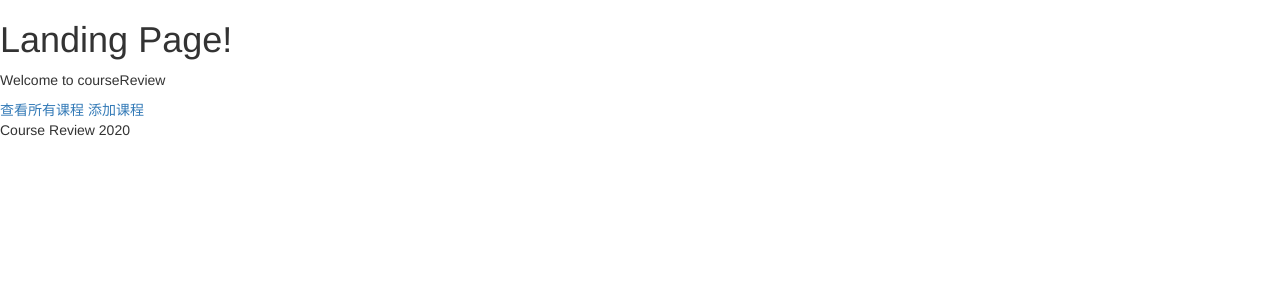
Repository: codewangg/CourseReview
Page: http://localhost/
These files come from the project's save history. The page is drawn as it stood at one moment and after the next save; the edit follows.
The browser window is 1280 px wide. The pictures show the whole page.
The page is served by the project's Node server (app.js).

Above is the page before, as saved 2020-08-15 18:16:07.

### views/landing.ejs
<%- include('partials/header')%>
<h1> Landing Page!</h1>
<p> Welcome to courseReview</p>

<a href="/courses">查看所有课程</a>
<a href="/courses/new">添加课程</a>

<%- include('partials/footer')%>

### views/partials/header.ejs
<!DOCTYPE html>
<html>
    <head>
        <title>CourseReview</title>
        <link rel="stylesheet" href="https://maxcdn.bootstrapcdn.com/bootstrap/3.3.7/css/bootstrap.min.css" integrity="sha384-BVYiiSIFeK1dGmJRAkycuHAHRg32OmUcww7on3RYdg4Va+PmSTsz/K68vbdEjh4u" crossorigin="anonymous">
    </head>
    <body>

### views/partials/footer.ejs
    <p>Course Review 2020</p>
    </body>
</html>

### app.js
const express = require("express");
const app = express();
const bodyParser = require("body-parser");

app.use(bodyParser.urlencoded({extended: true}));
app.set('view engine', "ejs");

app.get("/", (req, res) => {
    res.render("landing");
});

    var courses = [
        {name: "mlp", image:"https://encrypted-tbn0.gstatic.com/images?q=tbn%3AANd9GcT-NC1h3PdhKKSTUu0S-Y6QtGSz1PWCNL4MXA&usqp=CAU"},
        {name: "mlp", image:"https://encrypted-tbn0.gstatic.com/images?q=tbn%3AANd9GcT-NC1h3PdhKKSTUu0S-Y6QtGSz1PWCNL4MXA&usqp=CAU"},
        {name: "mlp", image:"https://encrypted-tbn0.gstatic.com/images?q=tbn%3AANd9GcT-NC1h3PdhKKSTUu0S-Y6QtGSz1PWCNL4MXA&usqp=CAU"},
        {name: "mlp", image:"https://encrypted-tbn0.gstatic.com/images?q=tbn%3AANd9GcT-NC1h3PdhKKSTUu0S-Y6QtGSz1PWCNL4MXA&usqp=CAU"},
        {name: "mlp", image:"https://encrypted-tbn0.gstatic.com/images?q=tbn%3AANd9GcT-NC1h3PdhKKSTUu0S-Y6QtGSz1PWCNL4MXA&usqp=CAU"},
        {name: "mlpr", image:"https://encrypted-tbn0.gstatic.com/images?q=tbn%3AANd9GcSGI0qdCZ_bsxabXEma4kZT2N8-lln603NiPA&usqp=CAU"}
    ]

app.get("/courses", (req, res)=>{


    res.render("courses",{courses:courses});
});

app.post("/courses", (req, res)=>{
    var name = req.body.name;
    var image = req.body.image;
    var newcourse = {name: name, image: image}
    courses.push(newcourse);
    res.redirect("/courses");
});

app.get("/courses/new", (req, res)=>{
    res.render("new.ejs");
});

//process.env.PORT process.env.IP
app.listen(3000, 'localhost', function(){
    console.log("server has started!");
    //console.log(process.env.PORT);
});

After the next save:
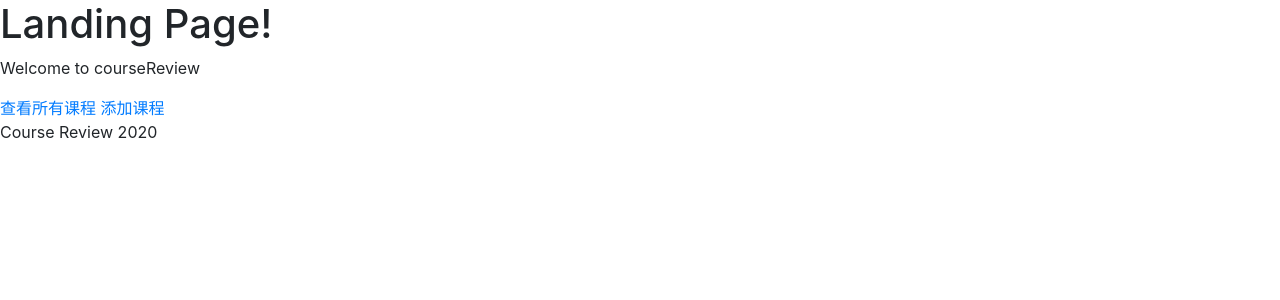
Saved 23 s later.
--- a/views/partials/header.ejs
+++ b/views/partials/header.ejs
@@ -2,6 +2,6 @@
 <html>
     <head>
         <title>CourseReview</title>
-        <link rel="stylesheet" href="https://maxcdn.bootstrapcdn.com/bootstrap/3.3.7/css/bootstrap.min.css" integrity="sha384-BVYiiSIFeK1dGmJRAkycuHAHRg32OmUcww7on3RYdg4Va+PmSTsz/K68vbdEjh4u" crossorigin="anonymous">
+        <link rel = "stylesheet" href="https://stackpath.bootstrapcdn.com/bootstrap/4.5.2/css/bootstrap.min.css">
     </head>
     <body>
